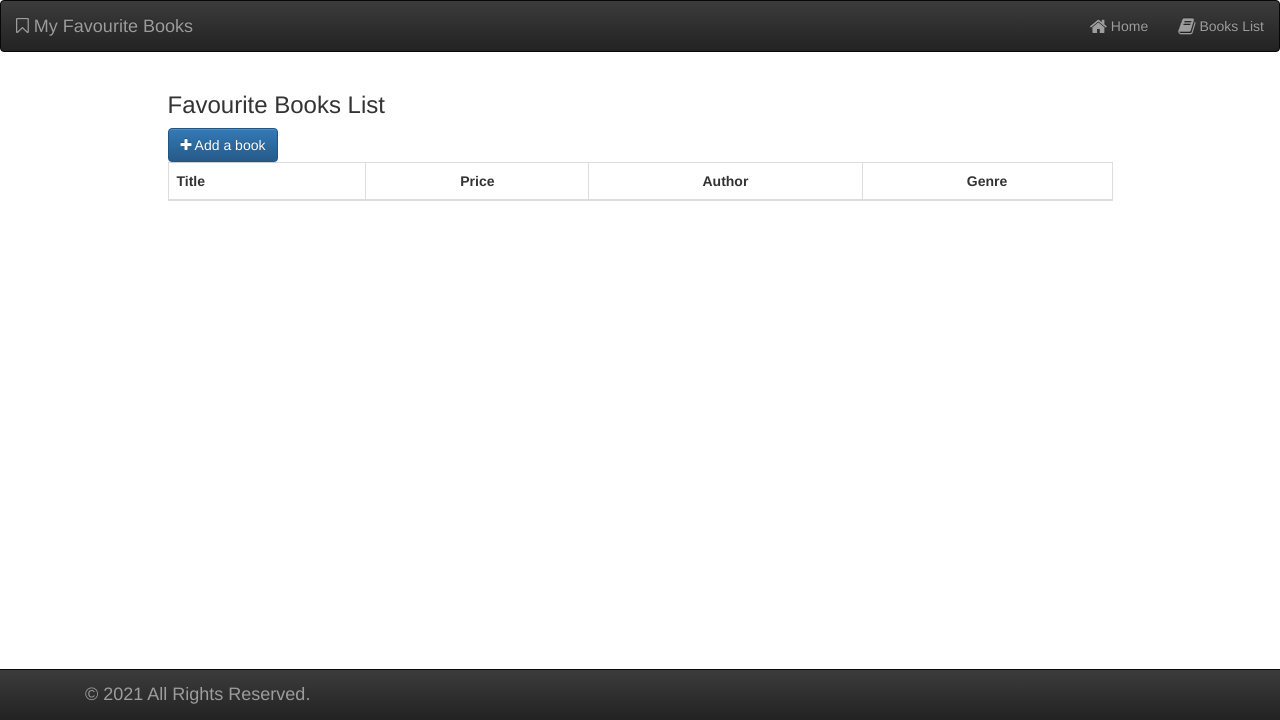
Repository: ClaytonRapiejko/COMP229-M2021-MIDTERM-301091341
Page: http://localhost/books
An editor plug-in stored every save of this project. The page is shown before and after the next save, followed by the edit.
The browser window is 1280 px wide. The pictures show the whole page.
The page is served by the project's Node server (server.js). Queries for data that is not in the repository find no rows.

Above is the page before, as saved 2021-06-22 13:40:36.

After the next save:
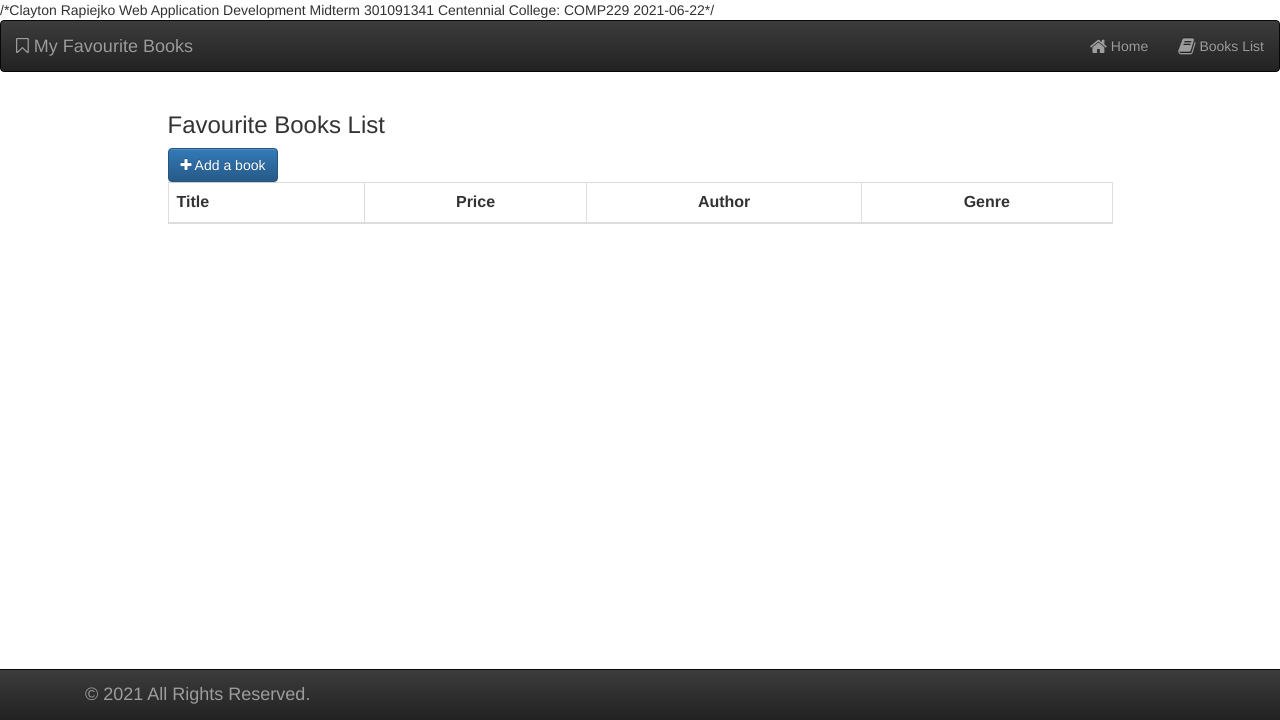
Saved 23 s later.
--- a/server/views/books/index.ejs
+++ b/server/views/books/index.ejs
@@ -1,3 +1,11 @@
+/*Clayton Rapiejko
+Web Application Development
+Midterm
+
+301091341
+Centennial College: COMP229
+2021-06-22*/
+
 <%- include('../partials/header.ejs'); %>
 
     <!-- MAIN CONTENT -->

After the save that followed:
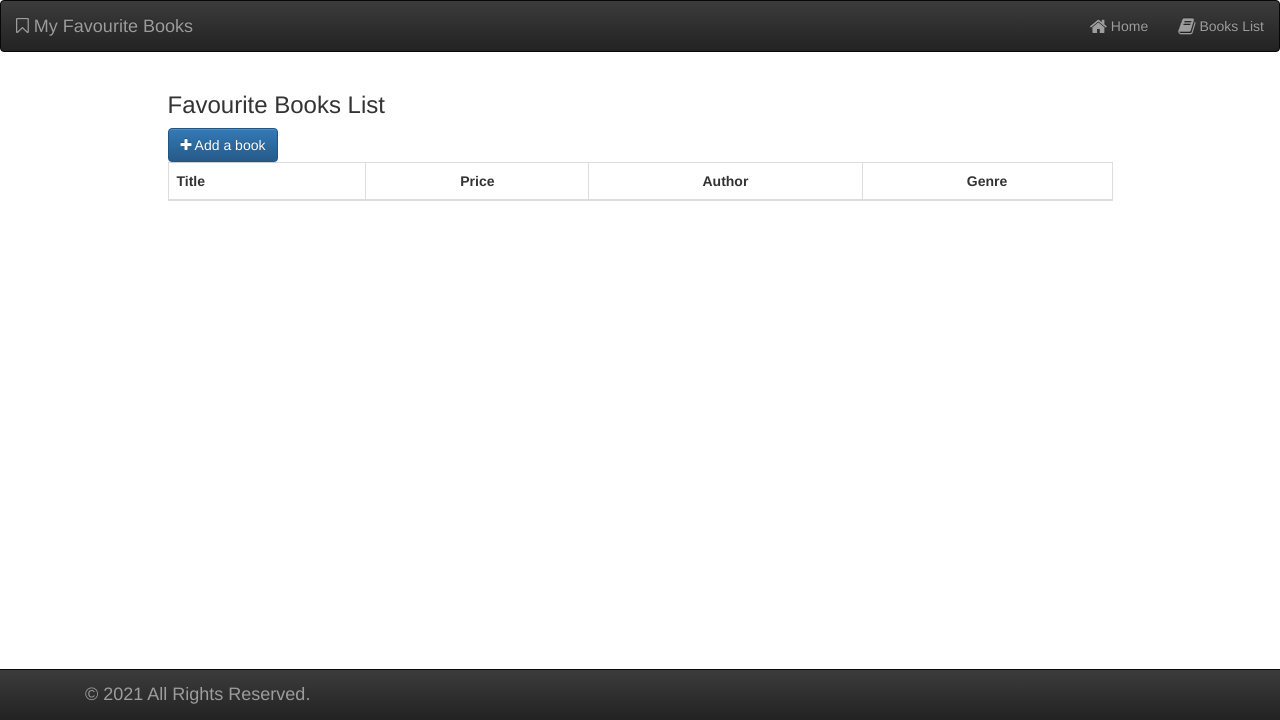
Saved 5 s later.
--- a/server/views/books/index.ejs
+++ b/server/views/books/index.ejs
@@ -1,11 +1,3 @@
-/*Clayton Rapiejko
-Web Application Development
-Midterm
-
-301091341
-Centennial College: COMP229
-2021-06-22*/
-
 <%- include('../partials/header.ejs'); %>
 
     <!-- MAIN CONTENT -->
